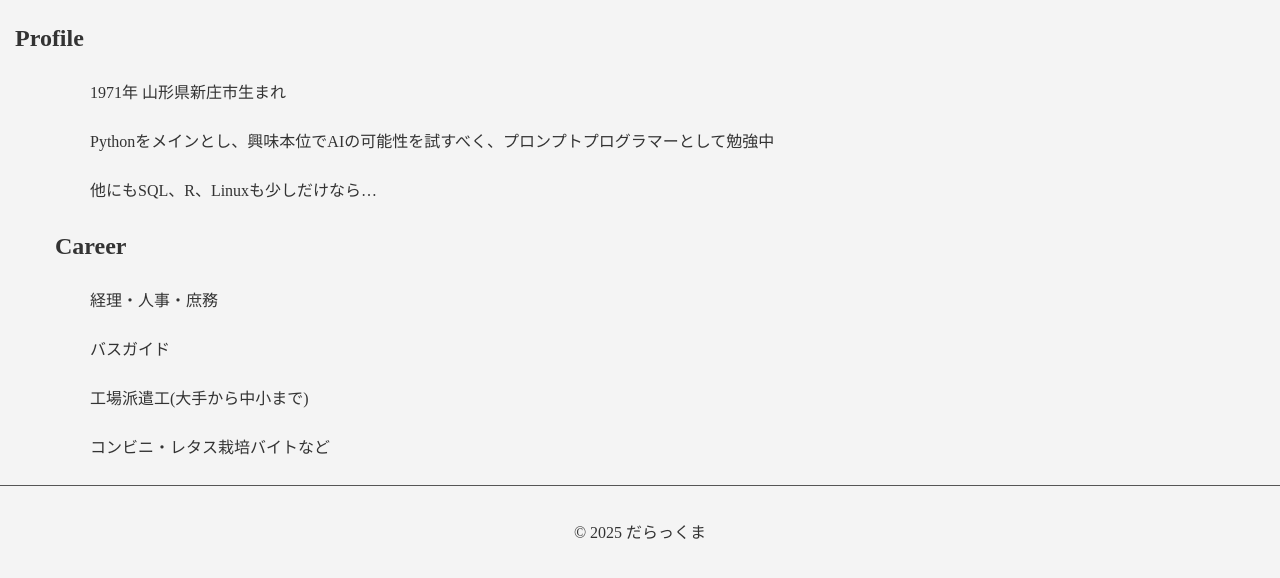
Repository: rydeen7907/html
Page: profile.html
An editor plug-in stored every save of this project. The page is shown before and after a run of saves, followed by the edit.
The browser window is 1280 px wide. The pictures show the whole page.

Above is the page before, as saved 2025-04-27 17:38:56.

After the next 2 saves:
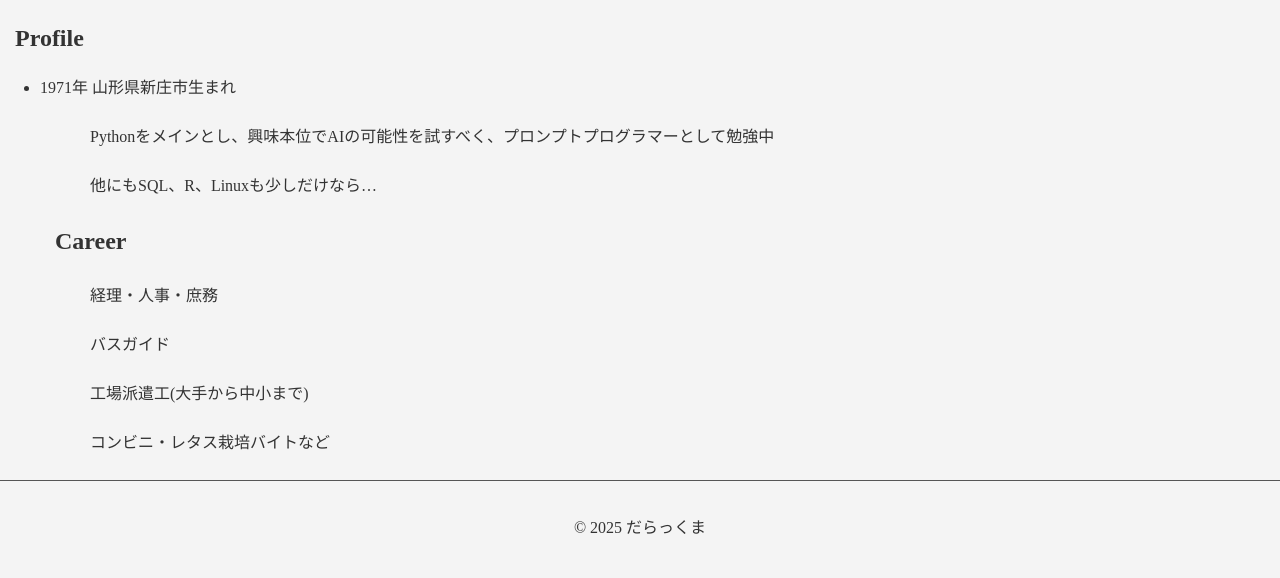
The 2 saves are shown as one change because they came seconds apart.
The last was saved 9 s later.
--- a/profile.html
+++ b/profile.html
@@ -10,7 +10,7 @@
     <main>
         <h2>Profile</h2>
         <ul>
-        <p>1971年 山形県新庄市生まれ</p>
+        <li>1971年 山形県新庄市生まれ</p>
 
         <p>Pythonをメインとし、興味本位でAIの可能性を試すべく、プロンプトプログラマーとして勉強中</p>
 
